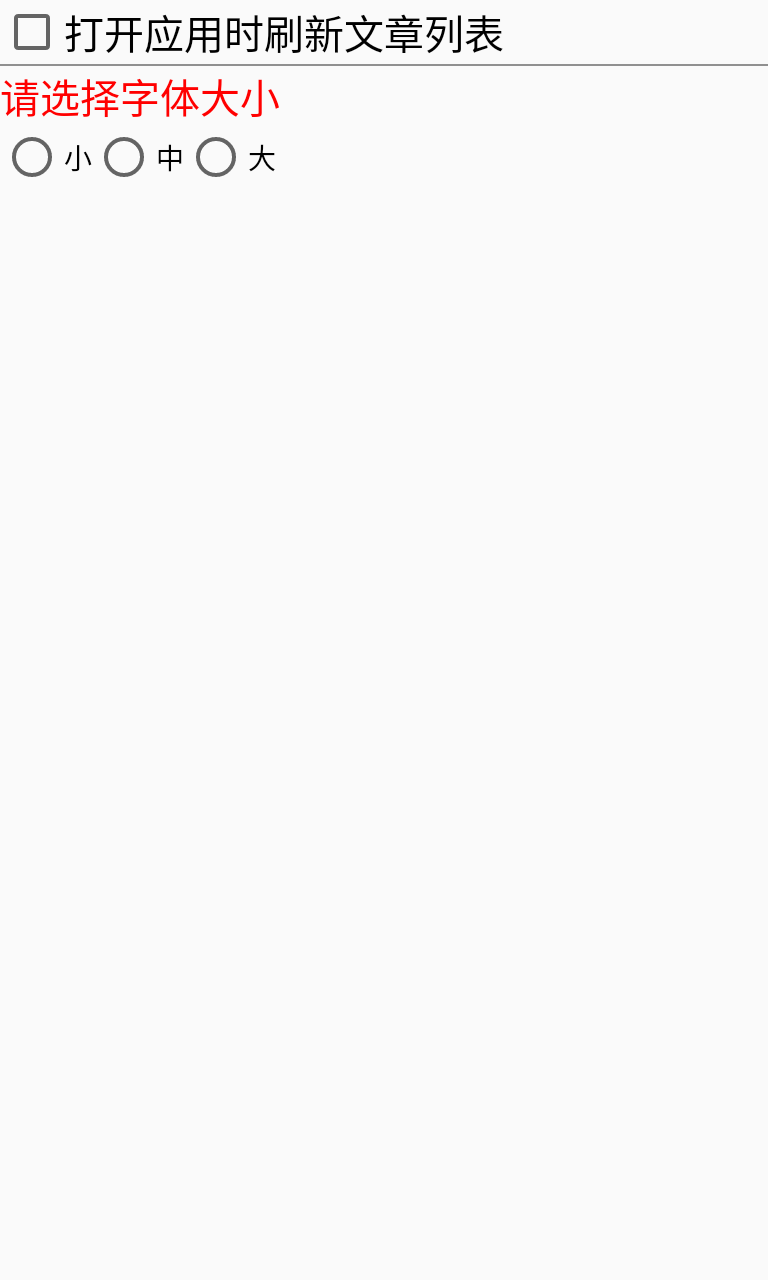
Repository: xdrush/MyRssReader
Layout: MyRssReader/res/layout/setting_show.xml
An editor plug-in stored every save of this project. The layout is shown before and after the next save, followed by the edit.
It is drawn on a 768 x 1280 px phone screen (xhdpi) without system bars, with theme AppTheme; the app's code is not run.

Above is the layout before, as saved 2015-07-29 04:20:48.

### MyRssReader/res/layout/setting_show.xml
<?xml version="1.0" encoding="utf-8"?>
<LinearLayout xmlns:android="http://schemas.android.com/apk/res/android"
    android:layout_width="wrap_content"
    android:layout_height="wrap_content"
    android:orientation="vertical" >

    <RelativeLayout
        android:layout_width="fill_parent"
        android:layout_height="wrap_content"
        android:gravity="left" >

        <CheckBox
    		android:id="@+id/checkbox1"
    		android:layout_height="wrap_content"
    		android:layout_width="wrap_content"
    		android:text="打开应用时刷新文章列表"
    		android:textSize="9pt" />
    </RelativeLayout>

    <View
        android:layout_width="fill_parent"
        android:layout_height="1dip"
        android:background="#FF909090" />

    <LinearLayout
    	android:orientation="vertical"
        android:layout_width="fill_parent"
        android:layout_height="wrap_content"
        android:gravity="left" >

        <TextView
      		android:layout_width="fill_parent"
      		android:layout_height="wrap_content"
     		android:text="请选择字体大小"
     		android:textSize="9pt"
     		android:textColor="#FF0000" />

		<RadioGroup
			android:id="@+id/text_size"
			android:layout_height="wrap_content"
			android:layout_width="fill_parent"
			android:orientation="horizontal" >

			<RadioButton
                android:id="@+id/text_small"
                android:layout_height="wrap_content"
                android:layout_width="wrap_content"
                android:text="小" ></RadioButton>
            <RadioButton
                android:id="@+id/text_medium"
                android:layout_height="wrap_content"
                android:layout_width="wrap_content"
                android:text="中" ></RadioButton>
            <RadioButton
                android:id="@+id/text_big"
                android:layout_height="wrap_content"
                android:layout_width="wrap_content"
                android:text="大" ></RadioButton>
		</RadioGroup>
    </LinearLayout>

</LinearLayout>

Loaded but not shown: MyRssReader/res/values/styles.xml (common file); MyRssReader/res/values-v11/styles.xml (common file); MyRssReader/res/values-v14/styles.xml (common file)

After the next save:
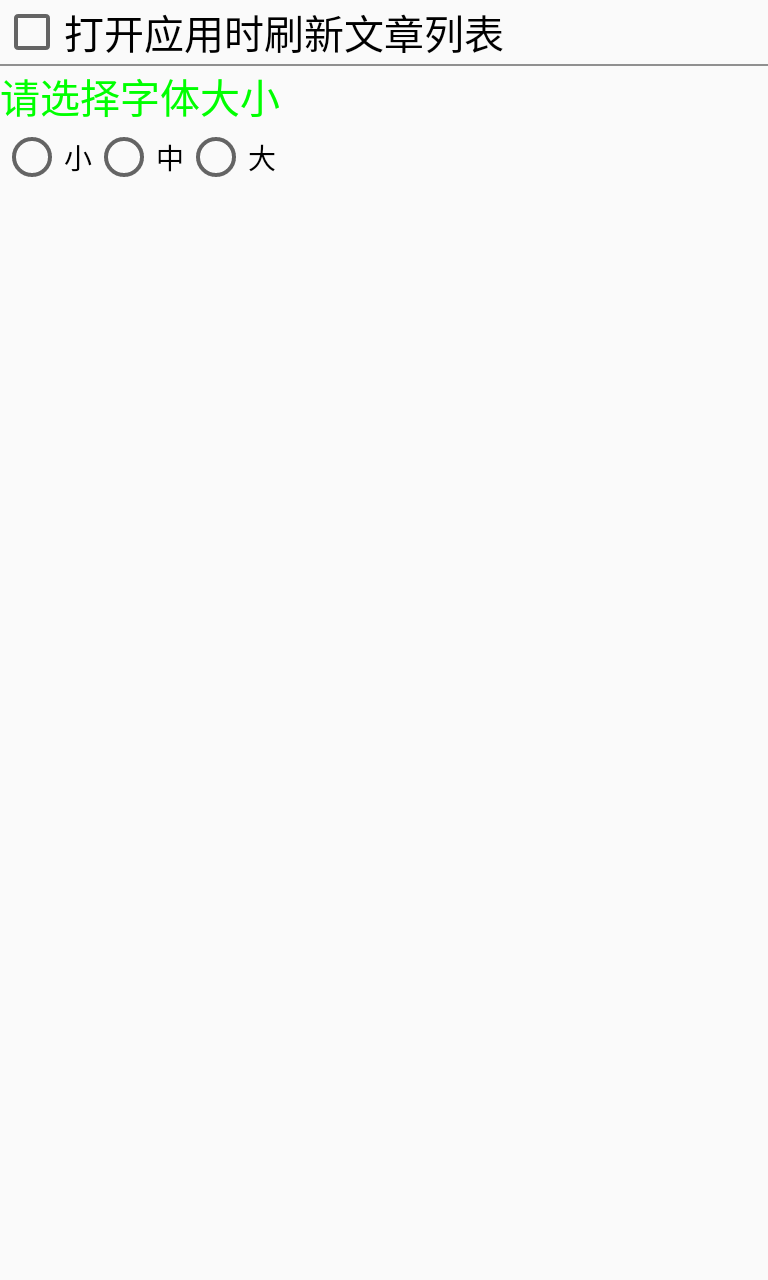
Saved 28 s later.
--- a/MyRssReader/res/layout/setting_show.xml
+++ b/MyRssReader/res/layout/setting_show.xml
@@ -33,7 +33,7 @@
       		android:layout_height="wrap_content"
      		android:text="请选择字体大小"
      		android:textSize="9pt"
-     		android:textColor="#FF0000" />
+     		android:textColor="#00FF00" />
 
 		<RadioGroup
 			android:id="@+id/text_size"
